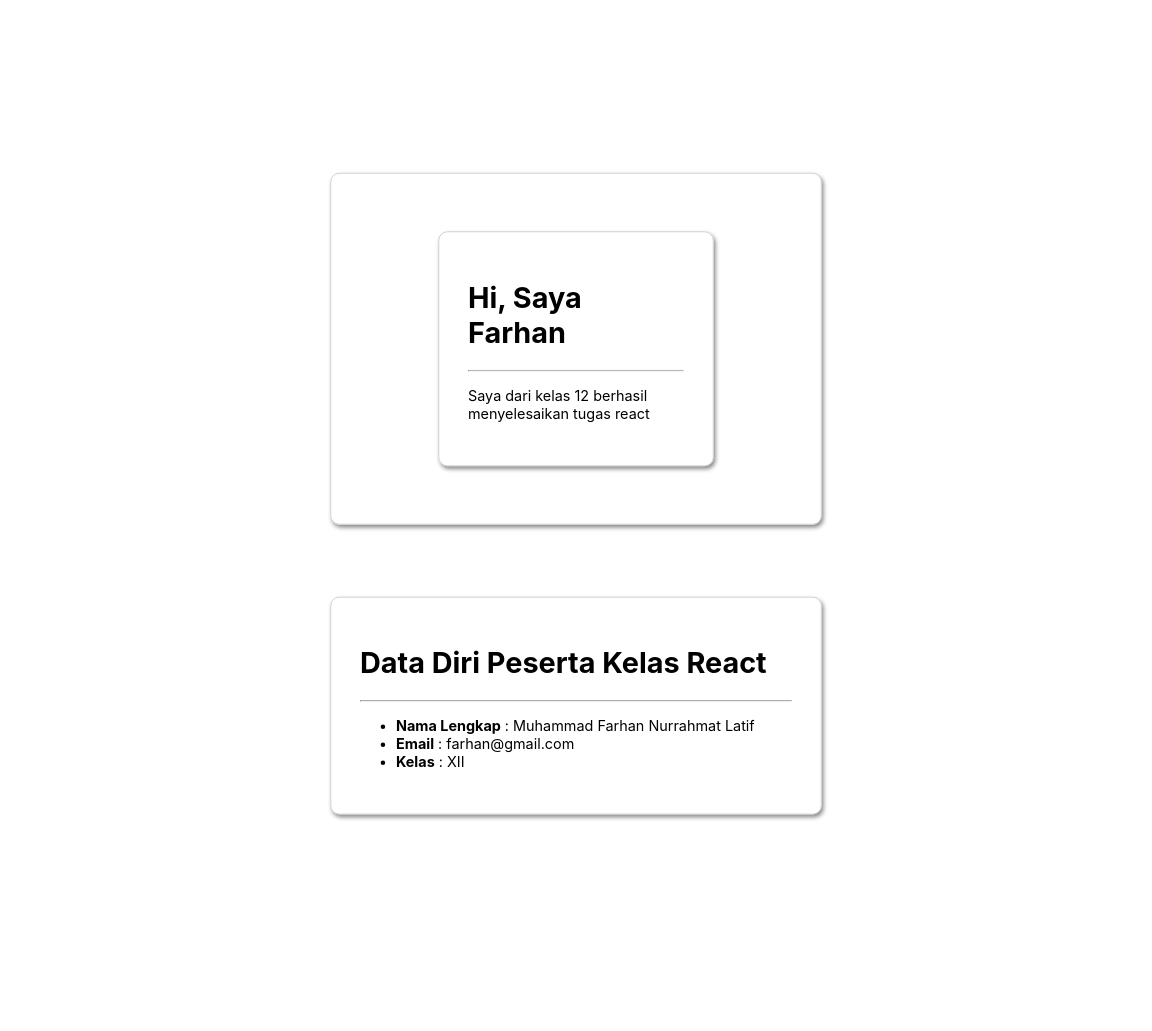
Repository: mfarhannr/Tugas-Reactjs_Farhan
Page: /
These files come from the project's save history. The page is drawn as it stood at one moment and after a run of saves; the edit follows.
The browser window is 1280 px wide. The pictures show the whole page, at 90% of full size.
The project was rebuilt for these pictures with package versions that can differ from the ones it lists, and the page was loaded fresh each time.

Above is the page before, as saved 2024-05-06 14:30:41.

After the next 4 saves:
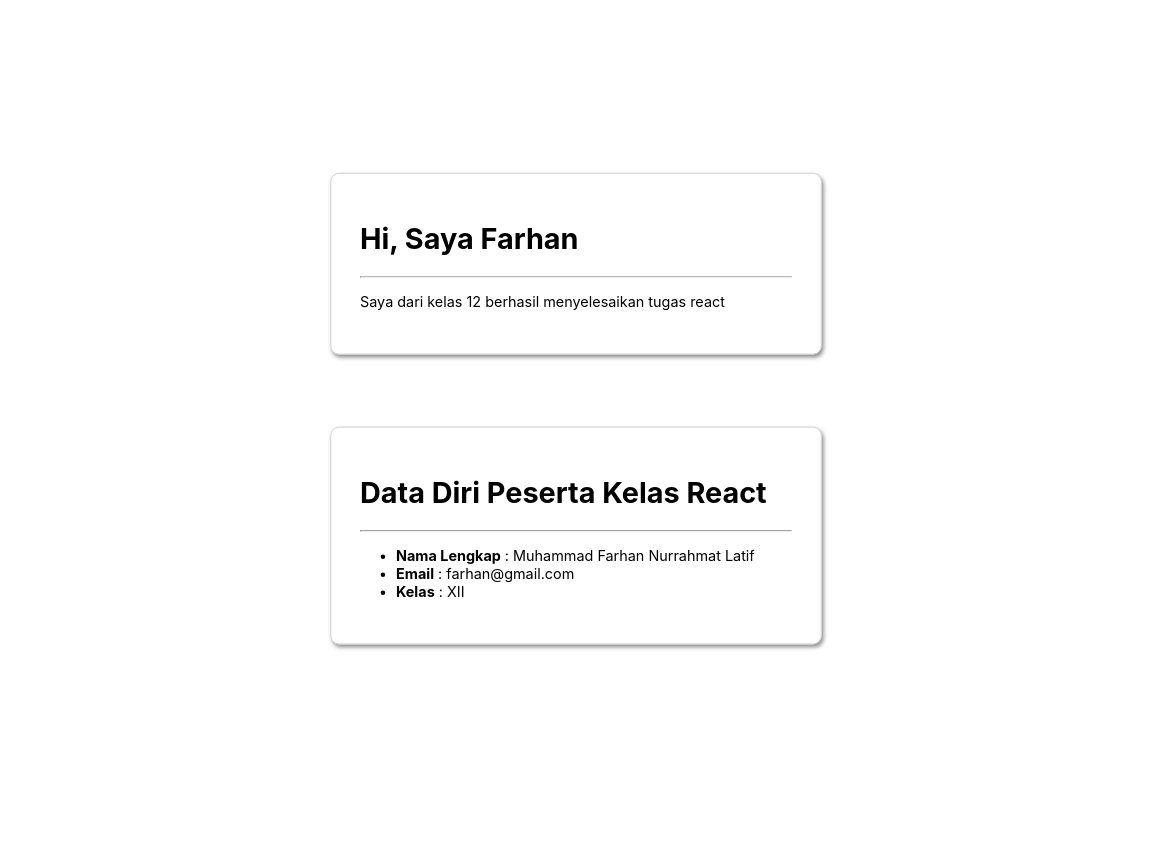
The 4 saves are shown as one change because they came seconds apart.
The last was saved 19 s later.
--- a/src/App.js
+++ b/src/App.js
@@ -6,16 +6,12 @@ import Tugas7 from './tugas7/tugas7';
 function App() {
   return (
     <div className="App">
-      <div className="Card6">
         <Tugas6 />
-      </div>
-      {/* <div className="Card7"> */}
         <Tugas7
           name="Muhammad Farhan Nurrahmat Latif"
           email="farhan@gmail.com"
           kelas="XII"
         />
-      {/* </div> */}
     </div>
   );
 }
